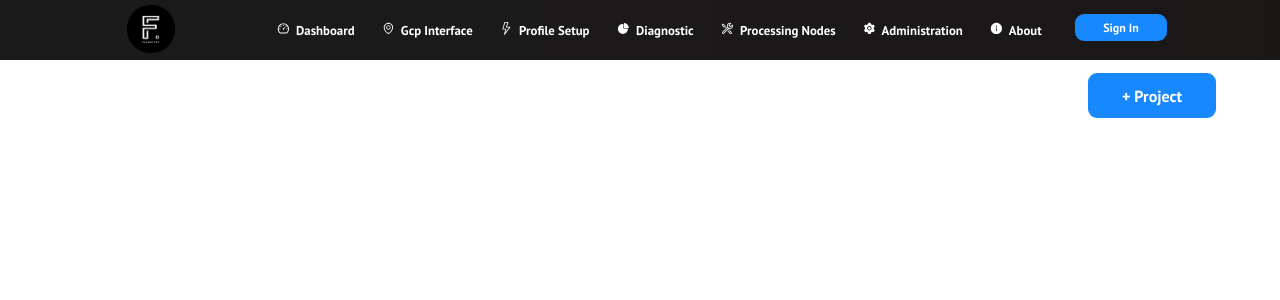
Repository: Akshaykumar1111/akki
Page: /Dashboard
These files come from the project's save history. The page is drawn as it stood at one moment and after the next save; the edit follows.
The browser window is 1280 px wide. The pictures show the whole page.
Some web libraries are served in a nearby version. The project was rebuilt for these pictures with package versions that can differ from the ones it lists, and the page was loaded fresh each time. Also part of the build but not shown: src/components/pages/Administration.css, src/components/pages/Administration.js, src/components/pages/Diagnostic.js, src/components/pages/ProfileSetup.js, src/components/pages/GcpInterface.js, src/components/pages/ProcessingNodes.js, src/components/pages/About.js, src/components/pages/Popup.css and 7 more.

Above is the page before, as saved 2022-10-04 17:22:16.

### src/App.js
import React from 'react';
import Navbar from './components/Navbar';
import './App.css';

import { BrowserRouter as Router, Switch, Route } from 'react-router-dom';
import Dashboard from './components/pages/Dashboard';
import Administration from './components/pages/Administration';
import Diagnostic from './components/pages/Diagnostic';
import ProfileSetup from './components/pages/ProfileSetup';
import GcpInterface from './components/pages/GcpInterface';
import ProcessingNodes from './components/pages/ProcessingNodes';
import About from './components/pages/About';
import SignIn from './components/pages/SignIn';
import SignUp from './components/pages/SignUp';
import Forgot from './components/pages/Forgot';
import Otp from './components/pages/Otp';
import Popup from './components/pages/Popup';
import  ResetPassword from './components/pages/ResetPassword';
// import  popup from './components/pages/ModalDialog';
// import ModalDialog from './components/pages/ModalDialog'
// import '../node_modules/bootstrap/dist/css/bootstrap.min.css'
function App() {
  return (
    <Router>
      <Navbar />
      <Switch>

        <Route path='/Dashboard' exact component={Dashboard} />
        <Route path='/Diagnostic' component={Diagnostic} />

        <Route path='/ProfileSetup' component={ProfileSetup} />
        <Route path='/GcpInterface' component={GcpInterface} />
        <Route path='/ProcessingNodes' component={ProcessingNodes} />


        <Route path='/About' component={About} />
        <Route path='/Administration' component={Administration} />

        <Route path='/sign-In' component={SignIn} />
        <Route path='/SignUp' component={SignUp} />
        <Route path='/Forgot' component={Forgot} />
        <Route path='/Otp' component={Otp} />
        <Route path='/ResetPassword' component={ResetPassword} />
        <Route path='/Popup' component={Popup} />
        {/* <Route path='/popup' component={popup} /> */}

      </Switch>
      {/* <div className="container mt-3">
       <ModalDialog />
          </div> */}
    </Router>


  );
}

export default App;

### src/App.css
* {
  box-sizing: border-box;
  margin: 0;
  padding: 0;
  font-family: 'PT Sans', sans-serif;
}

.home,
.Diagnostic,
.Dashboard,
.ProfileSetup,
.GcpInterface,
.ProcessingNodes,
.products,
.Administration,
.DeveloperTools,
.About,
.sign-up,
.SigUp,
.Forgot,
.marketing,
.consulting {
  display: flex;
  height: 961.3px;
  align-items: center;
  justify-content: center;
  font-size: 2rem;
}


.map-container{
  width: 100%;
  height: 100%;
}

.Dashboard {
  background-image: url('./images/img-1.jpg');
  background-position: center;
  background-size: cover;
  background-repeat: no-repeat;
  color: #fff;
  font-size: 100px;

  margin-bottom: 10px;
}

.GcpInterface {
  background-image: url('./images/img-2.jpg');
  background-position: center;
  background-size: cover;
  background-repeat: no-repeat;
  color: #fff;
  font-size: 100px;
}

.Diagnostic {
  background-image: url('./images/img-3.jpg');
  background-position: center;
  background-size: fill;
  background-repeat: no-repeat;
  color: #fff;
  font-size: 100px;
}

.ProfileSetup {
  background-image: url('./images/img-4.jpg');
  background-position: center;
  background-size: cover;
  background-repeat: no-repeat;
  color: #fff;
  font-size: 100px;
}

.sign-up {
  background-image: url('./images/img-7.jpg');
  background-position: center;
  background-size: cover;
  background-repeat: no-repeat;
  color: #fff;
  font-size: 100px;
}

.marketing {
  background-image: url('./images/img-6.jpg');
  background-position: center;
  background-size: cover;
  background-repeat: no-repeat;
  color: #fff;
  font-size: 100px;
}

.consulting {
  background-image: url('./images/img-5.jpg');
  background-position: bottom;
  background-size: cover;
  background-repeat: no-repeat;
  color: #fff;
  font-size: 100px;
}

### src/components/pages/Dashboard.js

import React from 'react';
import '../../App.css';
import '../Button.css';

export default function Dashboard() {
  return ( <>
  {/* <h1 className='Dashboard'>Developer Tools</h1> */}
  <button type="button" className='btn projectbtn'>+ Project</button>
  </>
  )
 }

### src/components/Button.js
import React from 'react';
import './Button.css';
import { Link } from 'react-router-dom';

export function Button() {
  return (
    <Link to='sign-In'>
      <button className='btn'>Sign In</button>
    </Link>
  );
}

### src/components/Navbar.css
.navbar {

  height: 70px;
  display: flex;
  justify-content: center;
  align-items: center;
  font-size: 1.2rem;


}
.nav-bg1{
  background-color: rgba(42, 41, 41, 0.606);
  }
.nav-bg2{
  background: linear-gradient(90deg, rgb(28, 27, 27) 0%, rgb(26, 23, 23) 100%);

}

.navbar-logo {
  color: #fff;
  justify-self: start;
  margin-left: 20px;
  cursor: pointer;
  text-decoration: none;
  font-size: 2rem;
}

.fa-firstdraft {
    margin-left: -18%;
    font-size: 1rem;
    height: 4rem;
    width: 4rem;
    text-align: center;
    margin-top: 12%;
    margin-left: -190%;
}
/* .log-img{
  width: 8%;
} */
.nav-menu {
  display: grid;
  grid-template-columns: repeat(8, auto);
  grid-gap: 10px;
  list-style: none;
  text-align: center;
  width: 70vw;
  justify-content: end;
  margin-right: 2rem;
}

.nav-item {
  display: flex;
  align-items: center;
  height: 80px;
  margin-top: 8%;
  display: flex;
}

.nav-links {
  color: white;
  text-decoration: none;
  padding: 0.5rem 1rem;
}

.nav-links:hover {
  background-color: #1888ff;
  border-radius: 4px;
  transition: all 0.2s ease-out;
}

.fa-bars {
  color: #fff;
}

.nav-links-mobile {
  display: none;
}

.menu-icon {
  display: none;
}
.li1{
  margin-top: 9%;
}

.li2{
  margin-top: 8%;
}
.li4{
  margin-top: 9%;
}
.li5{
  margin-top: 6.5%;
}
.li6{
  margin-top: 7.3%;
}
.li7{
  margin-top: 12.4%;
}
.li8{
  margin-top: 7%;
}

.nav-links1 {
  color: white;
  text-decoration: none;
  padding: 0.5rem 1rem;
}






@media screen and (max-width: 1648px) {
  .navbar {
    /* background: linear-gradient(90deg, rgb(28, 27, 27) 0%, rgb(26, 23, 23) 100%); */
    height: 60px;
    display: flex;
    justify-content: center;
    align-items: center;
    font-size: 0.8rem;
  }
  .nav-bg1{
    background-color: rgba(42, 41, 41, 0.606);
    }
  .nav-bg2{
    background: linear-gradient(90deg, rgb(28, 27, 27) 0%, rgb(26, 23, 23) 100%);

  }
  .navbar-logo {
    color: #fff;
    justify-self: start;
    margin-left: 20px;
    cursor: pointer;
    text-decoration: none;
    font-size: 1.5rem;
    padding-right: 1%;
  }

  .fa-firstdraft {
    margin-left: -6%;
    font-size: 1rem;
    height: 3rem;
    width: 3rem;
    text-align: center;
    margin-top: 12%;
}

  .nav-menu {
    display: grid;
    grid-template-columns: repeat(8, auto);
    grid-gap: 8px;
    list-style: none;
    text-align: center;
    width: 75vw;
    justify-content: end;
    margin-right: 1.2rem;
  }

  .nav-item {
    display: flex;
    align-items: center;
    height: 75px;
  }

  .nav-links {
    color: white;
    text-decoration: none;
    padding: 0.5rem 0.6rem;
  }

  .nav-links1 {
    color: white;
    text-decoration: none;
    padding: 0.5rem 1rem;
  }

  .nav-links:hover {
    background-color: #1888ff;
    border-radius: 4px;
    transition: all 0.2s ease-out;
  }

  .fa-bars {
    color: #fff;
  }

  .nav-links-mobile {
    display: none;
  }

  .menu-icon {
    display: none;
  }
  .li1{
    margin-top: 9%;
  }

  .li2{
    margin-top: 8%;
  }
  .li4{
    margin-top: 9%;
  }
  .li5{
    margin-top: 6.5%;
  }
  .li6{
    margin-top: 7.3%;
  }
  .li7{
    margin-top: 12.4%;
  }
  .li8{
    margin-top: 7%;
  }

}



@media screen and (max-width: 961px) {
  .NavbarItems {
    position: relative;
  }

  .nav-menu {
    display: flex;
    flex-direction: column;
    width: 100%;
    height: 90vh;
    position: absolute;
    top: 80px;
    left: -100%;
    opacity: 1;
    transition: all 0.5s ease;
  }

  .nav-menu.active {
    background: #242222;
    left: 0;
    opacity: 1;
    transition: all 0.5s ease;
    z-index: 1;
  }

  .nav-links {
    text-align: center;
    padding: 0rem;
    width: 100%;
    display: table;
    margin-top: -1%;
  }

  .nav-links1 {
    color: white;
    text-decoration: none;
    padding: 0.5rem 1rem;
  }


  .nav-links:hover {
    background-color: #1888ff;
    border-radius: 0;
  }

  .navbar-logo {
    position: absolute;
    top: 0;
    left: 0;
    transform: translate(25%, 50%);
  }

  .menu-icon {
    display: block;
    position: absolute;
    top: -8px;
    right: 0;
    transform: translate(-100%, 60%);
    font-size: 1.8rem;
    cursor: pointer;
  }

  .fa-times {
    color: #fff;
    font-size: 2rem;
  }
  .nav-item {
    display: flex;
    align-items: center;
    height: 88px;
    font-size: 155%;
}

  .nav-links-mobile {
    display: block;
    text-align: center;
    /* padding: 1.5rem; */
    margin: 0rem auto;
    border-radius: 16px;
    width: 50%;
    background: #1888ff;
    text-decoration: none;
    color: #fff;
    font-size: 1.2rem;
    height: 55px;
    margin-bottom: 2%;
    padding-top: 2%;
  }

  .nav-links-mobile:hover {
    background: #fff;
    color: #1888ff;
    transition: 250ms;
  }

  .nav-Button{
    margin-top: 14%;
  }
  /* button {
    display: none;
  } */
  .fa-firstdraft {
    margin-left: 85%;
    font-size: 1rem;
    height: 3rem;
    width: 3rem;
    text-align: center;
    margin-top: -28%;
}
.li1{
  margin-top: 9%;
}

.li2{
  margin-top: 8%;
}
.li4{
  margin-top: 9%;
}
.li5{
  margin-top: 6.5%;
}
.li6{
  margin-top: 7.3%;
}
.li7{
  margin-top: 12.4%;
}
.li8{
  margin-top: 7%;
}

}



@media screen and (max-width: 480px) {
  .NavbarItems {
    position: relative;
  }

  .nav-menu {
    display: flex;
    flex-direction: column;
    width: 100%;
    height: 90vh;
    position: absolute;
    top: 80px;
    left: -100%;
    opacity: 1;
    transition: all 0.5s ease;
  }

  .nav-menu.active {
    background: #242222;
    left: 0;
    opacity: 1;
    transition: all 0.5s ease;
    z-index: 1;
  }

  .nav-links {
    text-align: center;
    padding: 0rem;
    width: 100%;
    display: table;
    margin-top: -1%;
  }

  .nav-links1 {
    color: white;
    text-decoration: none;
    padding: 0.5rem 1rem;
  }


  .nav-links:hover {
    background-color: #1888ff;
    border-radius: 0;
  }

  .navbar-logo {
    position: absolute;
    top: 0;
    left: 0;
    transform: translate(25%, 50%);
  }

  .menu-icon {
    display: block;
    position: absolute;
    top: -8px;
    right: 0;
    transform: translate(-100%, 60%);
    font-size: 1.8rem;
    cursor: pointer;
  }

  .fa-times {
    color: #fff;
    font-size: 2rem;
  }
  .nav-item {
    display: flex;
    align-items: center;
    height: 88px;
    font-size: 155%;
}

  .nav-links-mobile {
    display: block;
    text-align: center;
    /* padding: 1.5rem; */
    margin: 0rem auto;
    border-radius: 16px;
    width: 50%;
    background: #1888ff;
    text-decoration: none;
    color: #fff;
    font-size: 1.2rem;
    height: 55px;
    margin-bottom: 2%;
    padding-top: 2%;
  }

  .nav-links-mobile:hover {
    background: #fff;
    color: #1888ff;
    transition: 250ms;
  }

  .nav-Button{
    margin-top: 14%;
  }
  /* button {
    display: none;
  } */
  .fa-firstdraft {
    margin-left: 50%;
    font-size: 1rem;
    height: 3rem;
    width: 3rem;
    text-align: center;
    margin-top: -28%;
}
.li1{
  margin-top: 9%;
}

.li2{
  margin-top: 8%;
}
.li4{
  margin-top: 9%;
}
.li5{
  margin-top: 6.5%;
}
.li6{
  margin-top: 7.3%;
}
.li7{
  margin-top: 12.4%;
}
.li8{
  margin-top: 7%;
}

}

/* <-----------sticky navbar----------> */
/* .sticky{
  position: fixed;
  top: 0;
  left: 0;
  width: 100%;
  height: 5rem;
  padding-top: 0;
  padding-bottom: 0;
  box-shadow: 0 0 2rem 0 rgb(0,0,0,5);
} */
/* <-----------sticky navbar end----------> */

### src/components/Button.css
:root {
  --primary: #1888ff;
}

.btn {
  padding: 6px 9px;
  border-radius: 4px;
  outline: none;
  border: none;
  font-size: 15px;
  color: #fff;
  cursor: pointer;
  background-color: var(--primary);
  margin-top: 33%;
}
.projectbtn {
  font-size: 150%;
  /* padding: 0.5% 0.1% 0.5% 0.1%; */
  width: 10%;
  margin-top: 1%;
  margin-left: 89%;
}

.btn:hover {
  padding: 5px 9px;
  transition: all 0.3s ease-out;
  background-color: transparent;
  color: #fff;
  border-radius: 4px;
  border: 2px solid var(--primary);
  transition: all 0.3s ease-out;
}
@media screen and (max-width: 1140px) {
  .NavbarItems {
    position: relative;
  }
  :root {
    --primary: #1888ff;
  }

  .btn {
    padding: 6px 12px;
    border-radius: 9px;
    outline: none;
    border: none;
    font-size: 12px;
    color: #fff;
    cursor: pointer;
    background-color: var(--primary);
    margin-top: 36%;
  }
  .projectbtn {
    font-size: 150%;
    /* padding: 0.5% 0.1% 0.5% 0.1%; */
    width: 10%;
    margin-top: 1%;
    margin-left: 89%;
  }

  .btn:hover {
    padding: 6px 18px;
    transition: all 0.3s ease-out;
    background-color: transparent;
    color: #fff;
    border-radius: 4px;
    border: 2px solid var(--primary);
    transition: all 0.3s ease-out;
  }
}

@media screen and (max-width: 1648px) {
  .NavbarItems {
    position: relative;
  }
  :root {
    --primary: #1888ff;
  }

  .btn {
    padding: 6px 12px;
    border-radius: 9px;
    outline: none;
    border: none;
    font-size: 12px;
    color: #fff;
    cursor: pointer;
    background-color: var(--primary);
    margin-top: 26%;
  }
  .projectbtn {
    font-size: 100%;
    padding: 1% 0.1% 1% 0.1%;
    width: 10%;
    margin-top: 1%;
    margin-left: 85%;
  }

  .btn:hover {
    padding: 6px 18px;
    transition: all 0.3s ease-out;
    background-color: transparent;
    color: #fff;
    border-radius: 4px;
    border: 2px solid var(--primary);
    transition: all 0.3s ease-out;
  }
}




@media screen and (max-width: 961px) {
  .NavbarItems {
    position: relative;
  }
  :root {
    --primary: #1888ff;
  }

  .btn {

    border-radius: 9px;
    outline: none;
    border: none;
    font-size: 12px;
    color: #fff;
    cursor: pointer;
    background-color: var(--primary);
    width: auto;
    margin-top: 3%;
  }
  .projectbtn {
    font-size: 100%;
    padding: 1.5% 0.1% 1.5% 0.1%;
    width: 10%;
    margin-top: 1%;
    margin-left: 86%;
  }

  .btn:hover {
    padding: 0px 0px;
    transition: all 0.3s ease-out;
    background-color: transparent;
    color: #fff;
    border-radius: 4px;
    border: 2px solid var(--primary);
    transition: all 0.3s ease-out;
  }
}

### src/components/pages/Signin.css
.sign-ups{
    display: flex;
    height: 33px;
    align-items: center;
    justify-content: center;
    font-size: 3rem;
    margin-top: -9px;
    color:whitesmoke;
    text-shadow: 2px 2px 15px white;
  }
  body {font-family: Arial, Helvetica, sans-serif;}
  /* The Modal (background) */
  .Main-login-Div {
  width: 100%;
  height: 100%;
  background-color: rgba(0,0,0,0.4);

  padding:10% 20% 5.6% 20%;

  background-image: url('../../images/abhi.jpg');
  background-size: cover;


  }

  /* input[type=text], input[type=password] {
  width: 100%;
  padding: 12px 20px;
  margin: 12px 0;
  display: inline-block;
  border: 1px solid #ccc;
  box-sizing: border-box;
  } */
  .input[type=text], .input[type=password] {
    width: 100%;
    padding: 12px 20px;
    margin: 12px 0;
    display: inline-block;
    border: 1px solid #ccc;
    box-sizing: border-box;
    }

  /* Set a style for all buttons */
  button {
  background-color: var(--primary);
  color: white;
  padding: 14px 20px;
  margin: 12px 0;
  border: none;
  cursor: pointer;
  width: 100%;
  border-radius: 10px;

  }


  button:hover {
  opacity: 0.8;
  }

  .nav-links-mobile {
    display: none;
  }

  /* Extra styles for the cancel button */
  .cancelbtn {
  width: auto;
  padding: 10px 18px;
  background-color: #f44336;
  border-radius: 9%;
  }

  .Signupbtn{
  width: auto;
  padding: 10px 18px;
  background-color: var(--primary);
  text-align: center;
  border-radius: 9%;
  }

  /* Center the image and position the close button */
  .imgcontainer  {
  text-align: center;
  margin: 24px 0 12px 0;
  position: relative;
  }

  img.avatar {
  width: 40%;
  border-radius: 50%;
  }

  .container {
  padding: 16px;
  /* text-align: right; */

  }
  .cont2{
    margin-left: 75px;
  }

  .container5 {

  /* text-align: right; */
  width: 100%;
  display: flex;
  /* height: 10%; */

  }

  .container1 {
  padding: 16px;

  width: 80%;

  }
  .container2 {
  width: 20%;
  text-align: right;
  padding: 16px;

  }







  span.psw {
  float: right;
  padding-top: 16px;
  }



  /* Modal Content/Box */
  .modal-content {
  background-color: #fefefe;
  margin: 5% auto 15% auto; /* 5% from the top, 15% from the bottom and centered */
  border: 1px solid #888;
  width: 80%; /* Could be more or less, depending on screen size */
  border-radius: 18px;
  }

  /* The Close Button (x) */
  .close {
  position: absolute;
  right: 25px;
  top: 0;
  color: #000;
  font-size: 35px;
  font-weight: bold;
  }

  .close:hover,
  .close:focus {
  color: red;
  cursor: pointer;
  }

  /* Add Zoom Animation */
  .animate {
  -webkit-animation: animatezoom 0.6s;
  animation: animatezoom 0.6s
  }

  @-webkit-keyframes animatezoom {
  from {-webkit-transform: scale(0)}
  to {-webkit-transform: scale(1)}
  }

  @keyframes animatezoom {
  from {transform: scale(0)}
  to {transform: scale(1)}
  }


  /* /////////////////////////////////////////////////////////////////////////////////////////////////////////////////// */
  @media screen and (max-width: 961px){
  .sign-ups{
    display: flex;
    height: 33px;
    align-items: center;
    justify-content: center;
    font-size: 3rem;
    margin-top: -9px;
    color:whitesmoke;
    text-shadow: 2px 2px 15px white;
  }
  body {font-family: Arial, Helvetica, sans-serif;}
  /* The Modal (background) */
  .Main-login-Div {
  width: 100%; /* Full width */
  height: 100%; /* Full height */
  background-color: rgba(0,0,0,0.4); /* Black w/ opacity */
  padding-top: 15%;
  padding-bottom: 2%;

  background-image: url('../../images/abhi.jpg');
  background-size: cover;


  }

  .input2[type=text], .input2[type=password] {
  width: 80%;
  padding: 12px 20px;
  margin: 12px 0;
  display: inline-block;
  border: 1px solid #ccc;
  box-sizing: border-box;
  }

  /* Set a style for all buttons */
  button {
  background-color: var(--primary);
  color: white;
  padding: 14px 20px;
  margin: 12px 0;
  border: none;
  cursor: pointer;
  width: 100%;
  border-radius: 10px;
  }


  button:hover {
  opacity: 0.8;
  }

  /* Extra styles for the cancel button */
  .cancelbtn {
  /* width: auto; */
  padding: 10px 18px;
  background-color: #f44336;
  }

  .Signupbtn{
  /* width: auto; */
  padding: 10px 18px;
  background-color: var(--primary);
  text-align: center;

  }

  /* Center the image and position the close button */
  .imgcontainer  {
  text-align: center;
  margin: 24px 0 12px 0;
  position: relative;
  }

  img.avatar {
  width: 40%;
  border-radius: 50%;
  }

  .container {
  padding: 16px;
  /* text-align: right; */

  }

  .container5 {

  /* text-align: right; */
  width: 100%;
  display: flex;
  /* height: 10%; */

  }

  .container1 {
  padding: 16px;

  width: 80%;

  }
  .container2 {
  width: 50%;
  text-align: right;
  padding: 16px;

  }








  span.psw {
  float: right;
  padding-top: 16px;
  }



  /* Modal Content/Box */
  .modal-content {
  background-color: #fefefe;
  margin: 5% auto 15% auto; /* 5% from the top, 15% from the bottom and centered */
  border: 1px solid #888;
  width: 80%; /* Could be more or less, depending on screen size */
  border-radius: 18px;
  }

  /* The Close Button (x) */
  .close {
  position: absolute;
  right: 25px;
  top: 0;
  color: #000;
  font-size: 35px;
  font-weight: bold;
  }

  .close:hover,
  .close:focus {
  color: red;
  cursor: pointer;
  }

  /* Add Zoom Animation */
  .animate {
  -webkit-animation: animatezoom 0.6s;
  animation: animatezoom 0.6s
  }

  @-webkit-keyframes animatezoom {
  from {-webkit-transform: scale(0)}
  to {-webkit-transform: scale(1)}
  }

  @keyframes animatezoom {
  from {transform: scale(0)}
  to {transform: scale(1)}
  }
  }
  @media screen and (max-width: 300px) {
    span.psw {
       display: block;
       float: none;
    }
    .cancelbtn {
       width: 100%;
    }
  }

  @media screen and (max-width: 610px){
    .sign-ups{
      display: flex;
      height: 33px;
      align-items: center;
      justify-content: center;
      font-size: 2rem;
      margin-top: -9px;
      color:whitesmoke;
      text-shadow: 2px 2px 15px white;
    }
    body {font-family: Arial, Helvetica, sans-serif;}
    /* The Modal (background) */
    .Main-login-Div {
    width: 100%; /* Full width */
    height: 100%; /* Full height */
    background-color: rgba(0,0,0,0.4); /* Black w/ opacity */
    padding-top: 15%;
    padding-bottom: 2%;

    background-image: url('../../images/abhi.jpg');
    background-size: cover;


    }

    .input[type=text], .input[type=password] {
    width: 100%;
    padding: 12px 20px;
    margin: 12px 0;
    display: inline-block;
    border: 1px solid #ccc;
    box-sizing: border-box;
    }

    /* Set a style for all buttons */
    /* button {
    background-color: var(--primary);
    color: white;
    padding: 14px 20px;
    margin: 12px 0;
    border: none;
    cursor: pointer;
    width: 126%;
    } */
    .button {
      background-color: var(--primary);
      color: white;
      padding: 14px 20px;
      margin: 12px 0;
      border: none;
      cursor: pointer;
      width: 100%;
      border-radius: 10px;
      }



    button:hover {
    opacity: 0.8;
    }

    /* Extra styles for the cancel button */
    .cancelbtn {
    /* width: auto; */
    padding: 7px 14px;
    background-color: #f44336;
    }
    .cont2{
      margin-left: 75px;

    }
    .Signupbtn{
    /* width: auto; */
    padding: 3px 11px;
    background-color: var(--primary);
    text-align: center;
    font-size: 14px;

    }
    .Forgot-password{
      font-size: 12px;
    }

    /* Center the image and position the close button */
    .imgcontainer  {
    text-align: center;
    margin: 24px 0 12px 0;
    position: relative;
    }

    img.avatar {
    width: 40%;
    border-radius: 50%;
    }

    .container {
    padding: 16px;
    /* text-align: right; */
    width: 100%;

    }

    .container5 {

    /* text-align: right; */
    width: 100%;
    display: flex;
    /* height: 10%; */

    }

    .container1{
    padding: 16px;

    width: 80%;

    }
    .container2 {
    width: 50%;
    text-align: right;
    padding: 16px;

    }








    span.psw1 {
    float: right;
    padding-top: 16px;
    }



    /* Modal Content/Box */
    .modal-content {
    background-color: #fefefe;
    margin: 5% auto 15% auto; /* 5% from the top, 15% from the bottom and centered */
    border: 1px solid #888;
    width: 80%; /* Could be more or less, depending on screen size */
    border-radius: 18px;
    }

    /* The Close Button (x) */
    .close {
    position: absolute;
    right: 25px;
    top: 0;
    color: #000;
    font-size: 35px;
    font-weight: bold;
    }

    .close:hover,
    .close:focus {
    color: red;
    cursor: pointer;
    }

    /* Add Zoom Animation */
    .animate {
    -webkit-animation: animatezoom 0.6s;
    animation: animatezoom 0.6s
    }

    @-webkit-keyframes animatezoom {
    from {-webkit-transform: scale(0)}
    to {-webkit-transform: scale(1)}
    }

    @keyframes animatezoom {
    from {transform: scale(0)}
    to {transform: scale(1)}
    }
    }

    @media screen and (max-width: 523px){
      .sign-ups{
        display: flex;
        height: 33px;
        align-items: center;
        justify-content: center;
        font-size: 1.5rem;
        margin-top: -9px;
        color:whitesmoke;
        text-shadow: 2px 2px 15px white;
      }
      body {font-family: Arial, Helvetica, sans-serif;}
      /* The Modal (background) */
      .Main-login-Div {
      width: 100%; /* Full width */
      height: 100%; /* Full height */
      background-color: rgba(0,0,0,0.4); /* Black w/ opacity */
      padding-top: 15%;
      padding-bottom: 2%;

      background-image: url('../../images/abhi.jpg');
      background-size: cover;


      }

      .input[type=text], .input[type=password] {
      width: 100%;
      padding: 12px 20px;
      margin: 12px 0;
      display: inline-block;
      border: 1px solid #ccc;
      box-sizing: border-box;
      }

      /* Set a style for all buttons */
      /* button {
      background-color: var(--primary);
      color: white;
      padding: 14px 20px;
      margin: 12px 0;
      border: none;
      cursor: pointer;
      width: 126%;
      } */
      .button {
        background-color: var(--primary);
        color: white;
        padding: 14px 20px;
        margin: 12px 0;
        border: none;
        cursor: pointer;
        width: 100%;
        border-radius: 10px;

        }



      button:hover {
      opacity: 0.8;
      }

      /* Extra styles for the cancel button */
      .cancelbtn {
      /* width: auto; */
      padding: 7px 14px;
      background-color: #f44336;
      }
      .cont2{
        margin-left: 30px;

      }
      .Signupbtn{
      /* width: auto; */
      padding: 3px 11px;
      background-color: var(--primary);
      text-align: center;
      font-size: 14px;

      }
      .Forgot-password{
        font-size: 12px;
      }

      /* Center the image and position the close button */
      .imgcontainer  {
      text-align: center;
      margin: 24px 0 12px 0;
      position: relative;
      }

      img.avatar {
      width: 40%;
      border-radius: 50%;
      }

      .container {
      padding: 16px;
      /* text-align: right; */
      width: 100%;

      }

      .container5 {

      /* text-align: right; */
      width: 100%;
      display: flex;
      /* height: 10%; */

      }

      .container1{
      padding: 16px;

      width: 80%;

      }
      .container2 {
      width: 50%;
      text-align: right;
      padding: 16px;

      }








      span.psw1 {
      float: right;
      padding-top: 16px;
      }



      /* Modal Content/Box */
      .modal-content {
      background-color: #fefefe;
      margin: 5% auto 15% auto; /* 5% from the top, 15% from the bottom and centered */
      border: 1px solid #888;
      width: 80%; /* Could be more or less, depending on screen size */
      border-radius: 18px;
      }

      /* The Close Button (x) */
      .close {
      position: absolute;
      right: 25px;
      top: 0;
      color: #000;
      font-size: 35px;
      font-weight: bold;
      }

      .close:hover,
      .close:focus {
      color: red;
      cursor: pointer;
      }

      /* Add Zoom Animation */
      .animate {
      -webkit-animation: animatezoom 0.6s;
      animation: animatezoom 0.6s
      }

      @-webkit-keyframes animatezoom {
      from {-webkit-transform: scale(0)}
      to {-webkit-transform: scale(1)}
      }

      @keyframes animatezoom {
      from {transform: scale(0)}
      to {transform: scale(1)}
      }

      }

Loaded but not shown: public/index.html (common file); src/index.js (common file); src/components/Navbar.js (179 lines, source omitted)

After the next save:
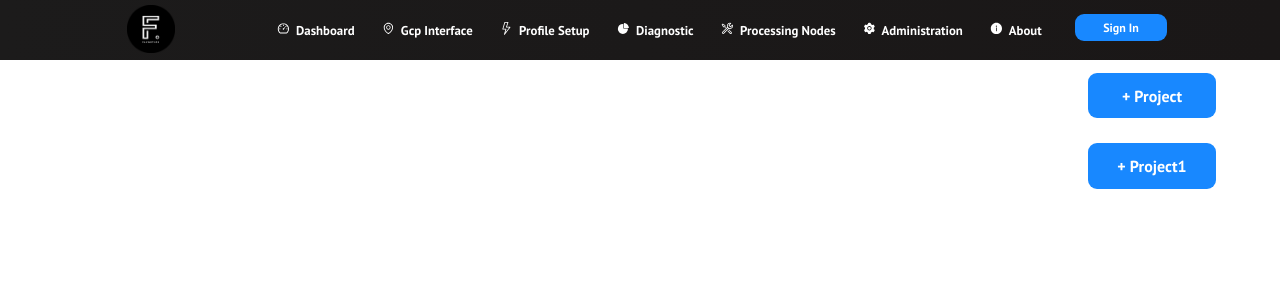
Saved 14 days later.
--- a/src/components/pages/Dashboard.js
+++ b/src/components/pages/Dashboard.js
@@ -7,6 +7,7 @@ export default function Dashboard() {
   return ( <>
   {/* <h1 className='Dashboard'>Developer Tools</h1> */}
   <button type="button" className='btn projectbtn'>+ Project</button>
+  <button type="button" className='btn projectbtn'>+ Project1</button>
   </>
   )
  }
